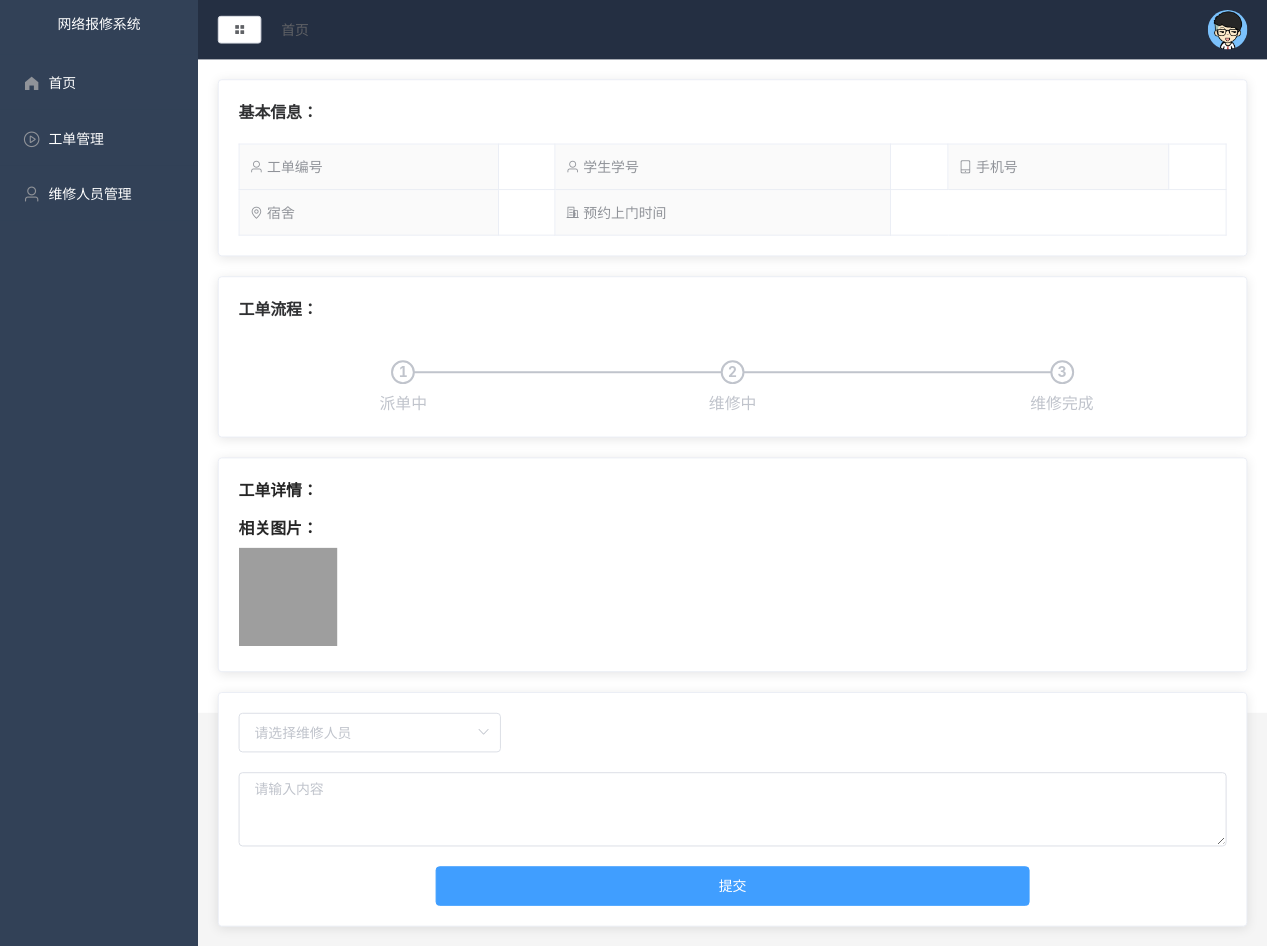
Repository: LtheW/vue
Page: /repaired
The author's editor kept a copy of each file at every save. The page is drawn from the files as they stood at one save, then again after the next save.
The browser window is 1280 px wide. The pictures show the whole page, at 99% of full size.
Pictures or frames that could not be fetched are drawn as grey boxes. The page's requests for data from a server got no answer. The project was rebuilt for these pictures with package versions that can differ from the ones it lists, and the page was loaded fresh each time. No one was signed in, and anything a server would have sent is missing. Also part of the build but not shown: vue.config.js, src/components/CommonTag.vue, src/views/Results/Submit.vue, src/views/Maintainer/Add.vue, src/assets/js/login.js, src/views/Login.vue.

Above is the page before, as saved 2022-03-31 19:03:38.

After the next save:
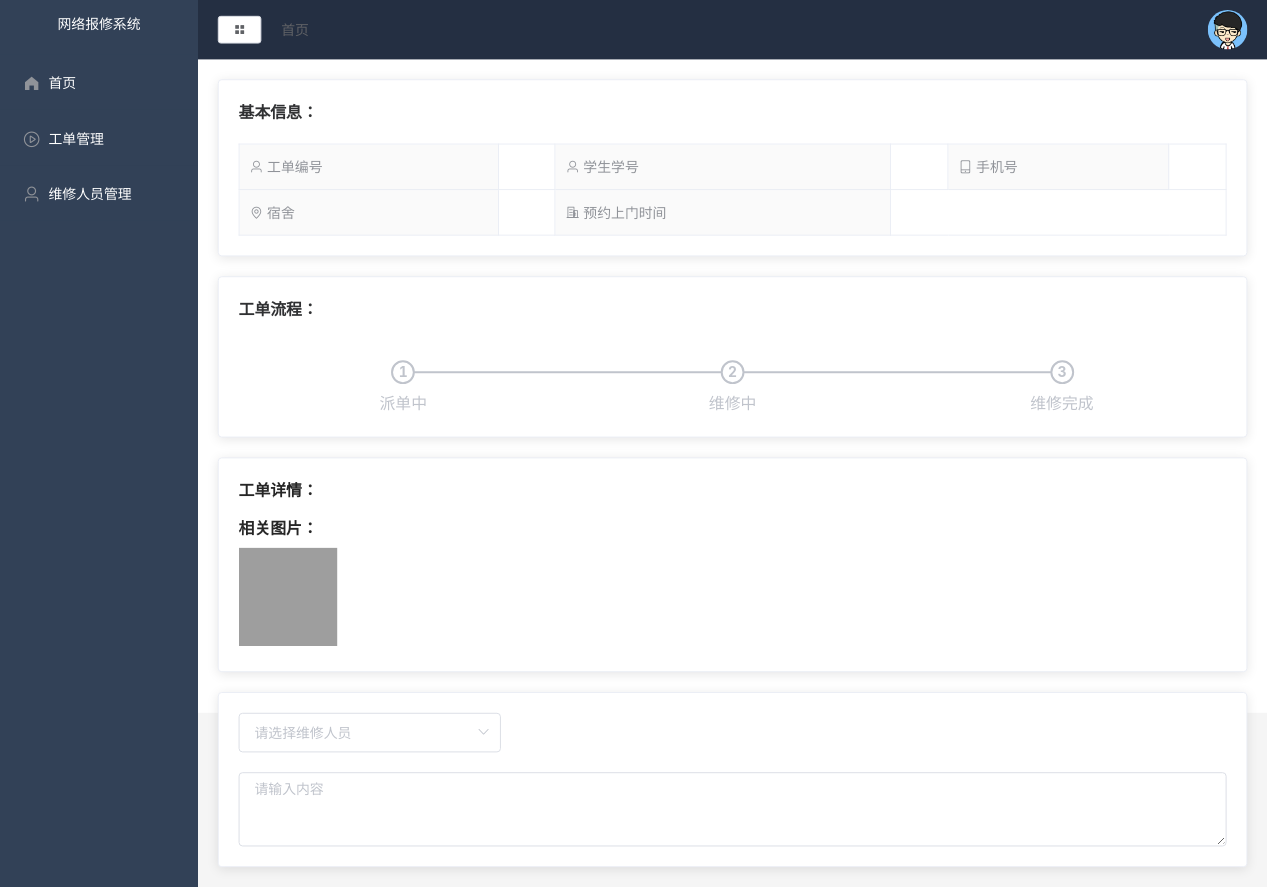
Saved 2 min 52 s later.
--- a/src/views/Results/Repaired.vue
+++ b/src/views/Results/Repaired.vue
@@ -98,9 +98,6 @@
                 v-model="textarea"
               >
               </el-input>
-            </div>
-            <div class="button">
-              <el-button type="primary" @click="onSubmit">提交</el-button>
             </div>
           </el-card>
         </div>
